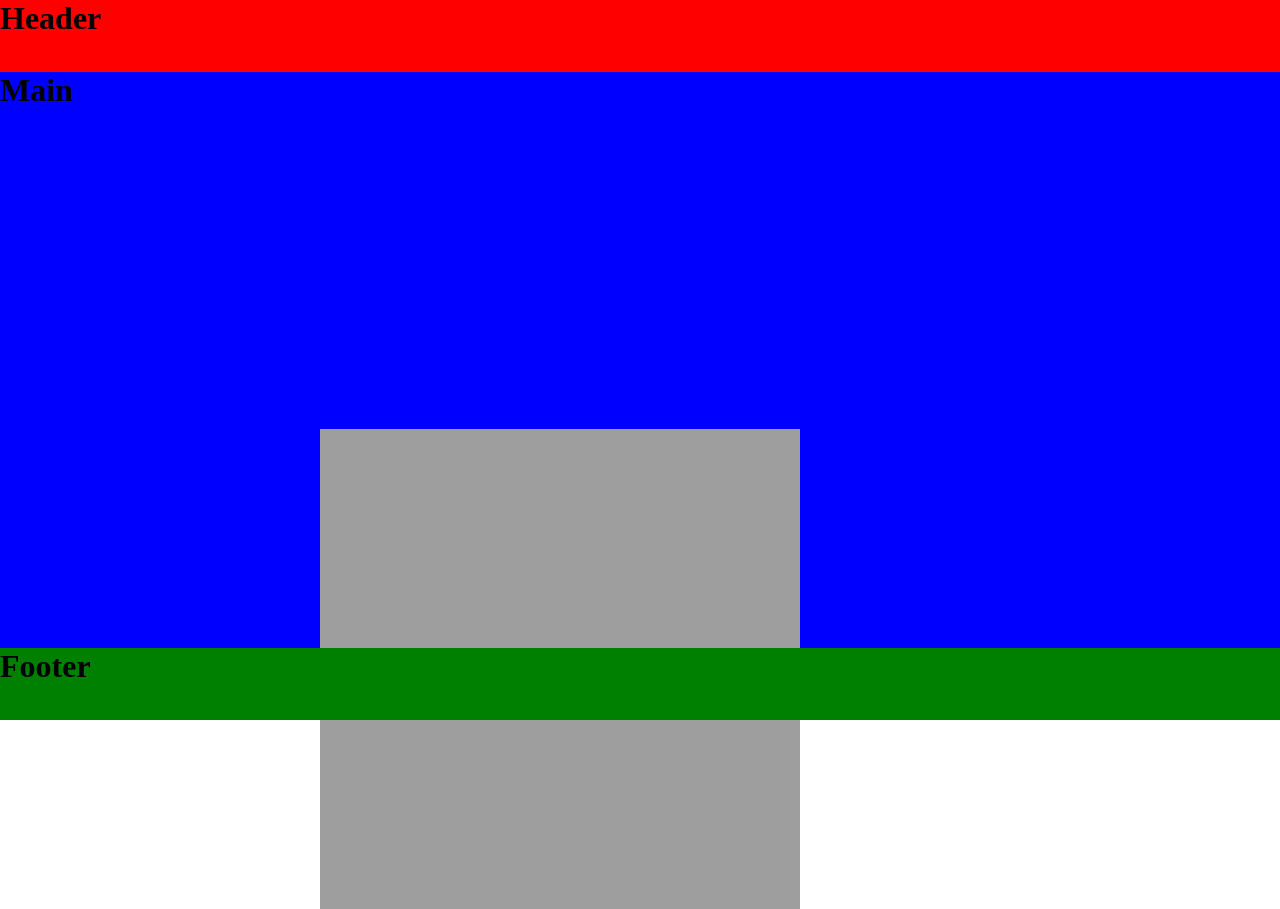
Repository: jameswilky/chess
Page: index.html
The author's editor kept a copy of each file at every save. The page is drawn from the files as they stood at one save, then again after the next save.
The browser window is 1280 px wide. The pictures show the whole page.

Above is the page before, as saved 2018-11-22 08:38:56.

### index.html
<!DOCTYPE html>
<html>

<head>
    <meta charset="utf-8" />
    <title>Chess</title>
    <link href="style.css" rel="stylesheet">
</head>

<body>

    <div class="wrapper">
        <header>
            <h1>Header</h1>

        </header>
    </div>
    <div class="main">
        <h1>Main</h1>
        <div class="game">
            <canvas id="board"></canvas>
            <canvas id="markers"></canvas>
            <canvas id="chessmen_layer"></canvas>
        </div>
    </div>
    <footer>
        <h1>Footer</h1>
    </footer>
    </div>





</body>

<script src="board.js"></script>
<script src="chessmen.js"></script>
<script src="mouse.js"></script>
<script src="game.js"></script>

</html>

### style.css
* {
  padding: 0;
  margin: 0;
}

.main{
 position: absolute;
 top: 10%;
 bottom: 10%;
 right:0;
 left:0;
 background-color: blue;
}

.game{
  position: absolute;
  height: 480px;
  width: 480px;
  margin: 25%;;
}

#board {
  left : 0; z-index:0; position: absolute;
}

#markers {
  left : 0; z-index:0; position: absolute;
}

#chessmen_layer {
 left : 0; z-index:1; position: absolute;
}

header{
  position: absolute;
  background-color: red;
  top:0;
  right: 0;
  left: 0;
  height: 10%;
}

footer{
  position: absolute;
  z-index: 3;
  right: 0;
  left: 0;
  background-color: green;
  height: 10%;
  bottom: 0;
}

### board.js
//Define globals
const WIDTH = 480;
const HEIGHT = 480;
const N = 8;
const TILE_SIZE = HEIGHT / N; // 60

//Define board canvas
const board = document.getElementById("board");
const board_ctx = board.getContext("2d");
board.height = HEIGHT;
board.width = WIDTH;
let primary_color = "#a87e2b";
let secondary_color = "#ffdf9e";

//Define marker layer
const markers = document.getElementById("markers");
const markers_ctx = markers.getContext("2d");
markers.height = HEIGHT;
markers.width = WIDTH;

//Define chessmen layer
const chessmen_layer = document.getElementById("chessmen_layer");
const chessmen_ctx = chessmen_layer.getContext("2d");
chessmen_layer.height = HEIGHT;
chessmen_layer.width = WIDTH;

//Used for drawing
function drawRect(ctx, x, y, color) {
  ctx.beginPath();
  ctx.rect(x, y, TILE_SIZE, TILE_SIZE);
  ctx.fillStyle = color;
  ctx.fill();
  ctx.closePath();
}

function initialize_board() {
  // Initialize graphical and logical board
  let i, j, x, y = 0;
  let prev_color;
  for (i = 0; i < N; i++) {
    y = TILE_SIZE * i;
    if (i % 2 == 0) { //If even, start with a black grid
      prev_color = secondary_color;
    }
    else { //If odd, start with a #ffcf7c grid
      prev_color = primary_color;
    }
    for (j = 0; j < N; j++) {
      x = TILE_SIZE * j;

      if (prev_color == primary_color) { //If last block black, make this block #ffcf7c
        prev_color = secondary_color;
      }
      else if (prev_color == secondary_color) { //If last block #ffcf7c, make this block black
        prev_color = primary_color;
      }
      drawRect(board_ctx, x, y, prev_color);

    }
  }
}

### chessmen.js
let chessmen = []; // Hold living chest piece objects

// Populate list of current chess pieces
function init_chessmen(items) {
  for (let id = 0; id < items.length; id++) {
    chessmen[id] = new Chessman(id, items[id].type, items[id].row, items[id].col, items[id].faction);
    chessmen[id].render(chessmen_ctx);
  }
}

//Chest piece constructor
function Chessman(id, type, row, col, faction) {
  this.name = type + "_" + faction + "_" + id;
  this.id = id;
  this.type = type;
  this.position = {
    logical: { col: col, row: row },
    graphical: { //calculate position of chest piece
      x: (col * TILE_SIZE), y: (row * TILE_SIZE)
    }
  }
  this.faction = faction;
  this.sprite = "/images/" + type + "_" + faction + ".png";
  this.options = []; // holds objects containing possible locations to move
  this.render = function () {
    //Draws the chest piece
    let img = new Image();
    let x = this.position.graphical.x;
    let y = this.position.graphical.y;
    console.log(x, y)

    img.onload = function () {
      //Loads when img.src is called
      chessmen_ctx.beginPath();
      chessmen_ctx.drawImage(img, x, y);
      chessmen_ctx.closePath();
    }
    img.src = this.sprite;
  }
  this.derender = function () {
    chessmen_ctx.beginPath();
    chessmen_ctx.clearRect(this.position.graphical.x, this.position.graphical.y, TILE_SIZE, TILE_SIZE);
    chessmen_ctx.closePath();
  }
  this.calculate_movement_options = function () {
    //This function is used to determine the coordinates of each possible move for a selected tile
    this.options = []; //clear last options
    let j = 0;
    let i = 0; //used to iterate through list of options
    //console.log(type, faction, row, col)
    let r = this.position.logical.row;
    let c = this.position.logical.col;

    let options = this.options;

    function check_tile(row, col, diag, isPawn) {
      //diag is an optional variable for pawn sideways movement logic
      diag = diag || false;
      isPawn = isPawn || false;

      //Checks the status of the board to see if the chessman can move to selected tile

      let option = {}; //edited, used to hold {faction:faction}
      //Check tile does not exceed bounds of the board
      if (row > 7 || row < 0 || col > 7 || col < 0) {
        return false;
      }

      //Check if target tile contains a chessman of same faction
      let isFriendly = false;
      let isEnemy = false;

      chessmen.forEach(chessman => {
        if (chessman.position.logical.row == row && chessman.position.logical.col == col) { //Check if position is occupied
          if (chessman.faction == faction) {
            isFriendly = true;
          }
          else { //tile is occupied by enemy
            isEnemy = true;
          }
          option.contains = chessman;
        }
      })

      //pawn logic
      if (diag && isEnemy) {
        option.row = row;
        option.col = col;
        options[i] = option;
        i++;
      }
      if (diag && !isEnemy) {
        return
      }

      //if tile does not contain friendly chessmen, or if its an enemy create new option
      if (!isFriendly || isEnemy) {
        option.row = row;
        option.col = col;
        options[i] = option;
        i++;
      }
      return isFriendly || isEnemy;

    }

    if (this.type == "pawn") {
      if (this.faction == "black") {
        check_tile(r + 1, c);//south
        check_tile(r + 1, c + 1, true) // south East
        check_tile(r + 1, c - 1, true) //south West
        if (this.nMoves == 0) {
          check_tile(r + 2, c); //Extra move on first turn
        }
      }
      if (this.faction == "white") {
        check_tile(r - 1, c); //north
        check_tile(r - 1, c + 1, true) // North East
        check_tile(r - 1, c - 1, true) //North West
        if (this.nMoves == 0) {
          check_tile(r - 2, c); //Extra move on first turn
        }
      }
    }
    if (this.type == "rook") {
      for (j = 0; j < N; j++) {// South
        if (check_tile(r + j + 1, c) == true) break
      }
      for (j = 0; j < N; j++) {// East
        if (check_tile(r, c + j + 1) == true) break
      }
      for (j = 0; j < N; j++) {// North
        if (check_tile(r - j - 1, c) == true) break
      }
      for (j = 0; j < N; j++) {// West
        if (check_tile(r, c - j - 1) == true) break
      }
    }
    if (this.type == "bishop") {
      for (j = 0; j < N; j++) { // South East
        if (check_tile(r + 1 + j, c + 1 + j) == true) break
      }
      for (j = 0; j < N; j++) { // South West
        if (check_tile(r + 1 + j, c - 1 - j) == true) break
      }
      for (j = 0; j < N; j++) { // North East
        if (check_tile(r - 1 - j, c + 1 + j) == true) break
      }
      for (j = 0; j < N; j++) { // North west
        if (check_tile(r - 1 - j, c - 1 - j) == true) break
      }
    }
    if (this.type == "queen") {
      for (j = 0; j < N; j++) { // South East
        if (check_tile(r + 1 + j, c + 1 + j) == true) break
      }
      for (j = 0; j < N; j++) { // South West
        if (check_tile(r + 1 + j, c - 1 - j) == true) break
      }
      for (j = 0; j < N; j++) { // North East
        if (check_tile(r - 1 - j, c + 1 + j) == true) break
      }
      for (j = 0; j < N; j++) { // North west
        if (check_tile(r - 1 - j, c - 1 - j) == true) break
      }
      for (j = 0; j < N; j++) {// South
        if (check_tile(r + j + 1, c) == true) break
      }
      for (j = 0; j < N; j++) {// East
        if (check_tile(r, c + j + 1) == true) break
      }
      for (j = 0; j < N; j++) {// North
        if (check_tile(r - j - 1, c) == true) break
      }
      for (j = 0; j < N; j++) {// West
        if (check_tile(r, c - j - 1) == true) break
      }
    }
    if (this.type == "king") {
      check_tile(r + 1, c + 1) //South East
      check_tile(r + 1, c - 1) //South West
      check_tile(r - 1, c + 1) // North East
      check_tile(r - 1, c - 1) //North West
      check_tile(r + 1, c) //south
      check_tile(r, c + 1) //east
      check_tile(r - 1, c) //north
      check_tile(r, c - 1) //west

    }
    if (this.type == "knight") {
      // Check each tile in clockwise order
      check_tile(r - 2, c + 1)
      check_tile(r - 1, c + 2)
      check_tile(r + 1, c + 2)
      check_tile(r + 2, c + 1)
      check_tile(r + 2, c - 1)
      check_tile(r + 1, c - 2)
      check_tile(r - 1, c - 2)
      check_tile(r - 2, c - 1)
    }

    //return array of options containing locations to highlight

  }
  this.show_movement_options = function () {
    this.options.forEach(option => {
      //Represent each available movement option with a highlighted tile
      drawRect(markers_ctx, (option.col * TILE_SIZE), (option.row * TILE_SIZE), "#635e55");
    })
  }
  this.hover = false;
  this.isKing = false;
  if (this.type == "king") {
    this.isKing = true;
  }

  this.nMoves = 0;
  this.points;
  if (this.type == "king") {
    this.points = 10;
  }
  if (this.type == "queen") {
    this.points = 9;
  }
  if (this.type == "bishop") {
    this.points = 3;
  }
  if (this.type == "knight") {
    this.points = 3;
  }
  if (this.type == "rook") {
    this.points = 5;
  }
  if (this.type == "pawn") {
    this.points = 1;
  }

  //Update graphical and logical position
  this.moveTo = function (col, row) {


    function moveIsValid(r1, r2, c1, c2, options) {
      let valid = false;

      if ((r1 == r2) && (c1 == c2)) {
        // if logical position is the same, no move was made
        valid = false;
      }
      options.forEach(option => {
        if (option.row == r2 && option.col == c2) {
          //todo check faction
          valid = true;
        }
      })
      return valid
    }

    if (moveIsValid(this.position.logical.row, row, this.position.logical.col, col, this.options)) {
      //If valid, Check if enemy chessman has been killed
      //check if desination contains an enemy
      let target = chessmen.find(chessman => {
        return (chessman.position.logical.row == row && chessman.position.logical.col == col)
      })

      // then render at new position and update logical position
      //console.log("Changed position of", chessman, "from row:", chessman.position.logical.row, " col:", chessman.position.logical.col, " to row:", row, "col:", col)

      this.derender(); //De render previous position
      this.position.logical.col = col;
      this.position.logical.row = row;
      this.position.graphical.x = this.position.logical.col * TILE_SIZE;
      this.position.graphical.y = this.position.logical.row * TILE_SIZE;
      this.derender(); //remove any chess pieces
      this.render();

      //If destination contains emeny, remove it from list of active chessmen
      if (target) {
        chessmen.splice(chessmen.indexOf(target), 1);
      }

      this.nMoves++; //used to testing if pawn is moved
      // // trigger movement event
      let event = new CustomEvent('moved');
      document.dispatchEvent(event);
    }
    else {
      //re-render original position
      this.render();
    }
  }
}

// Update location of chest pieces
function render_markers() {
  //Clear all markers
  markers_ctx.clearRect(0, 0, HEIGHT, WIDTH);

  //find chessman that matches mouse location and show movement markers
  chessmen.forEach(chessman => {
    if (chessman.hover == true) {
      chessman.show_movement_options();
    }
  });


}

### mouse.js
let dragging = false;
let selector = document.createElement("img");
;

selector.ondragstart = function () {
  return false;
};

//Compare two row/col coordinates
function coordsMatch(coord, piece) {
  let xmin = piece.x;
  let xmax = piece.x + TILE_SIZE;

  let ymin = piece.y;
  let ymax = piece.y + TILE_SIZE;

  if (
    (coord.x >= xmin) &&
    (coord.x < xmax) &&
    (coord.y >= ymin) &&
    (coord.y < ymax)
  ) {
    return true
  }
}

//Listen for when we hover over a chest piece, then draw the movement options
chessmen_layer.addEventListener('mousemove', (e) => {
  if (dragging == false) {
    let pos = {
      x: e.clientX,
      y: e.clientY
    };
    //Check all chessmen and check if clicked location matches a chessman location
    chessmen.forEach(chessman => {
      if (coordsMatch(pos, chessman.position.graphical)) {
        //If true, select that chessman
        chessman.hover = true;
      }
      else {
        //Otherwise, that chessman was not selected
        chessman.hover = false;
      }
    })
    render_markers();
  }
})

//Click and drag chessmen
chessmen_layer.addEventListener('mousedown', (e) => {

  dragging = true; //stop markers rendering while dragging pieces
  let pos = {
    x: e.clientX,
    y: e.clientY
  }
  //Check all chessmen and check if clicked location matches a chessman location
  chessmen.forEach(chessman => {
    if (coordsMatch(pos, chessman.position.graphical)) {
      if (chessman.faction == "black") {
        dragging = false;
        return
      }
      //If true, derender chessman from chessman_layer, and redraw on selector layer
      chessman.derender();

      //draw selector
      selector.style.position = 'absolute';
      selector.src = chessman.sprite;
      selector.id = 'selector';
      document.body.append(selector);

      //center selector at mouse locaiton
      moveAt(pos.x, pos.y);

      function moveAt(x, y) {
        selector.style.left = x - TILE_SIZE / 2 + 'px';
        selector.style.top = y - TILE_SIZE / 2 + 'px';
      }

      function onMouseMove(moveEvent) {
        moveAt(moveEvent.clientX, moveEvent.clientY);
      }

      // selector will follow mouse on movement
      document.addEventListener('mousemove', onMouseMove);


      // drop the selector, remove unneeded handlers
      chessmen_layer.onmouseup = function (upevent) {
        document.removeEventListener('mousemove', onMouseMove);

        //clear selector
        selector.src = ""
        // console.log("before", document.getElementById('selector'))
        // document.body.removeChild(document.getElementById('selector'))
        // console.log("after", document.getElementById('selector'))

        //convert mouse pos to a row/col logical value
        let dest = {
          x: Math.trunc(upevent.clientX / TILE_SIZE),
          y: Math.trunc(upevent.clientY / TILE_SIZE)
        }

        //console.log("Event 1")
        dragging = false; // allow marker rendering to continue
        chessmen_layer.onmouseup = null;
        //Update chessman logical location and snap to grid
        chessman.moveTo(dest.x, dest.y)
      };
    }
  })
})

### game.js
//Initialize default locations
let default_locations = [
  { tile: 0, type: "rook", row: 0, col: 0, faction: "black" },
  { tile: 1, type: "knight", row: 0, col: 1, faction: "black" },
  { tile: 2, type: "bishop", row: 0, col: 2, faction: "black" },
  { tile: 3, type: "king", row: 0, col: 3, faction: "black" },
  { tile: 4, type: "queen", row: 0, col: 4, faction: "black" },
  { tile: 5, type: "bishop", row: 0, col: 5, faction: "black" },
  { tile: 6, type: "knight", row: 0, col: 6, faction: "black" },
  { tile: 7, type: "rook", row: 0, col: 7, faction: "black" },
  { tile: 8, type: "pawn", row: 1, col: 0, faction: "black" },
  { tile: 9, type: "pawn", row: 1, col: 1, faction: "black" },
  { tile: 10, type: "pawn", row: 1, col: 2, faction: "black" },
  { tile: 11, type: "pawn", row: 1, col: 3, faction: "black" },
  { tile: 12, type: "pawn", row: 1, col: 4, faction: "black" },
  { tile: 13, type: "pawn", row: 1, col: 5, faction: "black" },
  { tile: 14, type: "pawn", row: 1, col: 6, faction: "black" },
  { tile: 15, type: "pawn", row: 1, col: 7, faction: "black" },

  { tile: 48, type: "pawn", row: 6, col: 0, faction: "white" },
  { tile: 49, type: "pawn", row: 6, col: 1, faction: "white" },
  { tile: 50, type: "pawn", row: 6, col: 2, faction: "white" },
  { tile: 51, type: "pawn", row: 6, col: 3, faction: "white" },
  { tile: 52, type: "pawn", row: 6, col: 4, faction: "white" },
  { tile: 53, type: "pawn", row: 6, col: 5, faction: "white" },
  { tile: 54, type: "pawn", row: 6, col: 6, faction: "white" },
  { tile: 55, type: "pawn", row: 6, col: 7, faction: "white" },
  { tile: 56, type: "rook", row: 7, col: 0, faction: "white" },
  { tile: 57, type: "knight", row: 7, col: 1, faction: "white" },
  { tile: 58, type: "bishop", row: 7, col: 2, faction: "white" },
  { tile: 59, type: "king", row: 7, col: 3, faction: "white" },
  { tile: 60, type: "queen", row: 7, col: 4, faction: "white" },
  { tile: 61, type: "bishop", row: 7, col: 5, faction: "white" },
  { tile: 62, type: "knight", row: 7, col: 6, faction: "white" },
  { tile: 63, type: "rook", row: 7, col: 7, faction: "white" },

]

let turn = 0;
let IsWhiteTurn = false;
let IsBlackTurn = false;
let game = true;
let AIOptions = [];


function set_turn() {
  if (turn % 2 == 0) {
    IsWhiteTurn = true;
    IsBlackTurn = false;
    //console.log("White players turn")
  }
  else {
    IsBlackTurn = true;
    IsWhiteTurn = false;
    //console.log("Black players turn")
  }
  turn += 1;
}

function determineAIOptions() {
  let AIOptions = [];
  let i = 0;
  chessmen.forEach(chessman => {
    if (chessman.faction == 'black') {
      chessman.options.forEach(option => {
        let AIOption = {}; //dereference object
        AIOption.row = option.row;
        AIOption.col = option.col;
        if (option.contains) {
          AIOption.points = option.contains.points;
        }
        AIOption.chessman = chessman;
        AIOptions[i] = AIOption;
        i++;
      })
    }
  })
  return AIOptions;

}

function AIMove(options) {
  let max = 0;
  let choice = {};
  options.forEach(option => {
    if (option.points) {
      if (option.points > max) {
        max = option.points;
        choice = option;
      }
    }
  })
  if (max == 0) {
    choice = options[Math.floor(Math.random() * options.length)];  //Return a random choice
  }
  choice.chessman.moveTo(choice.col, choice.row)
  //calculate AI
}


//Set up board
initialize_board();
init_chessmen(default_locations);
chessmen.forEach(chessman => {
  chessman.calculate_movement_options();
})
set_turn();
function checkKing() {
  let kings = chessmen.filter(chessman => chessman.isKing == true)
  if (kings.length == 1) {
    alert(kings[0].faction + " Wins!!!")
  }
}

// Listen for movement
document.addEventListener('moved', function (event) {
  //check if king died last turn;
  checkKing();
  set_turn();
  //Calculate new movement positiifons
  chessmen.forEach(chessman => {
    chessman.calculate_movement_options();
  })

  if (IsBlackTurn) {
    //Run black turn AI
    chessmen.forEach(chessman => {
      chessman.calculate_movement_options(); //assign new options
    })
    AIOptions = determineAIOptions();
    AIMove(AIOptions);
  }
}, false);

After the next save:
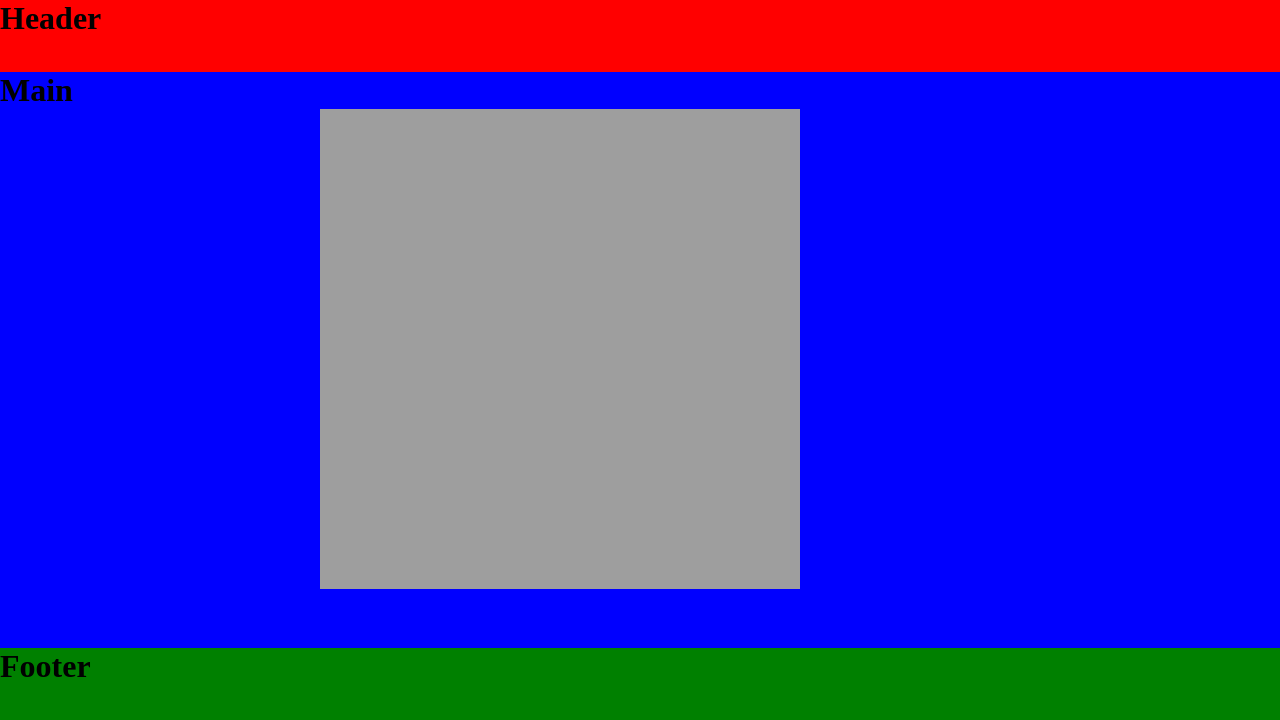
Saved 5 s later.
--- a/style.css
+++ b/style.css
@@ -16,7 +16,7 @@
   position: absolute;
   height: 480px;
   width: 480px;
-  margin: 25%;;
+  margin-left: 25%;;
 }
 
 #board {
